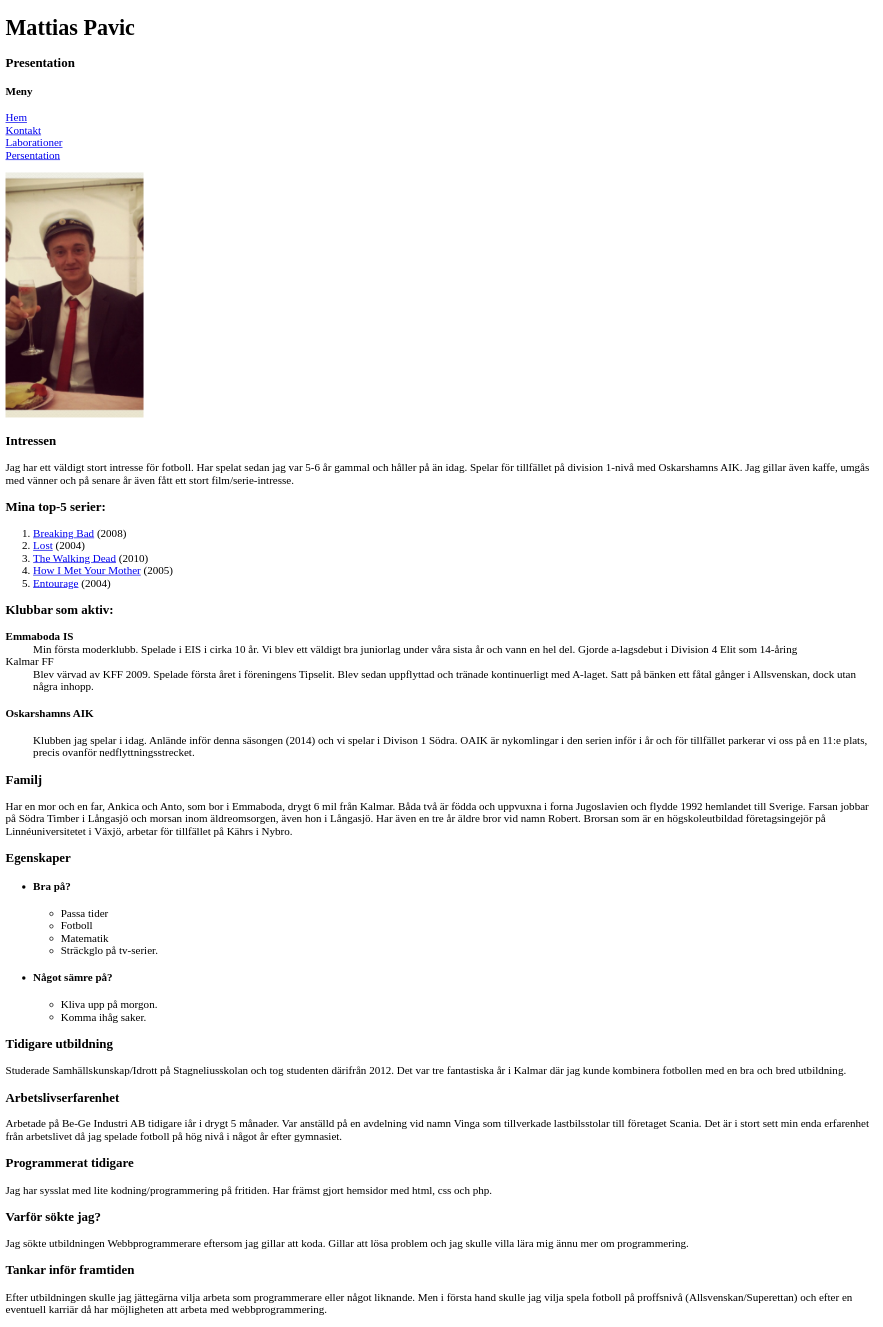
Repository: mp222sf/1ik415-laborationer
Page: pages/presentation.html
The author's editor kept a record of every edit. The page is drawn from the files as they stood at one moment, then again after the next edit.
The browser window is 1280 px wide. The pictures show the whole page, at 69% of full size.

Above is the page before.

After the next edit:
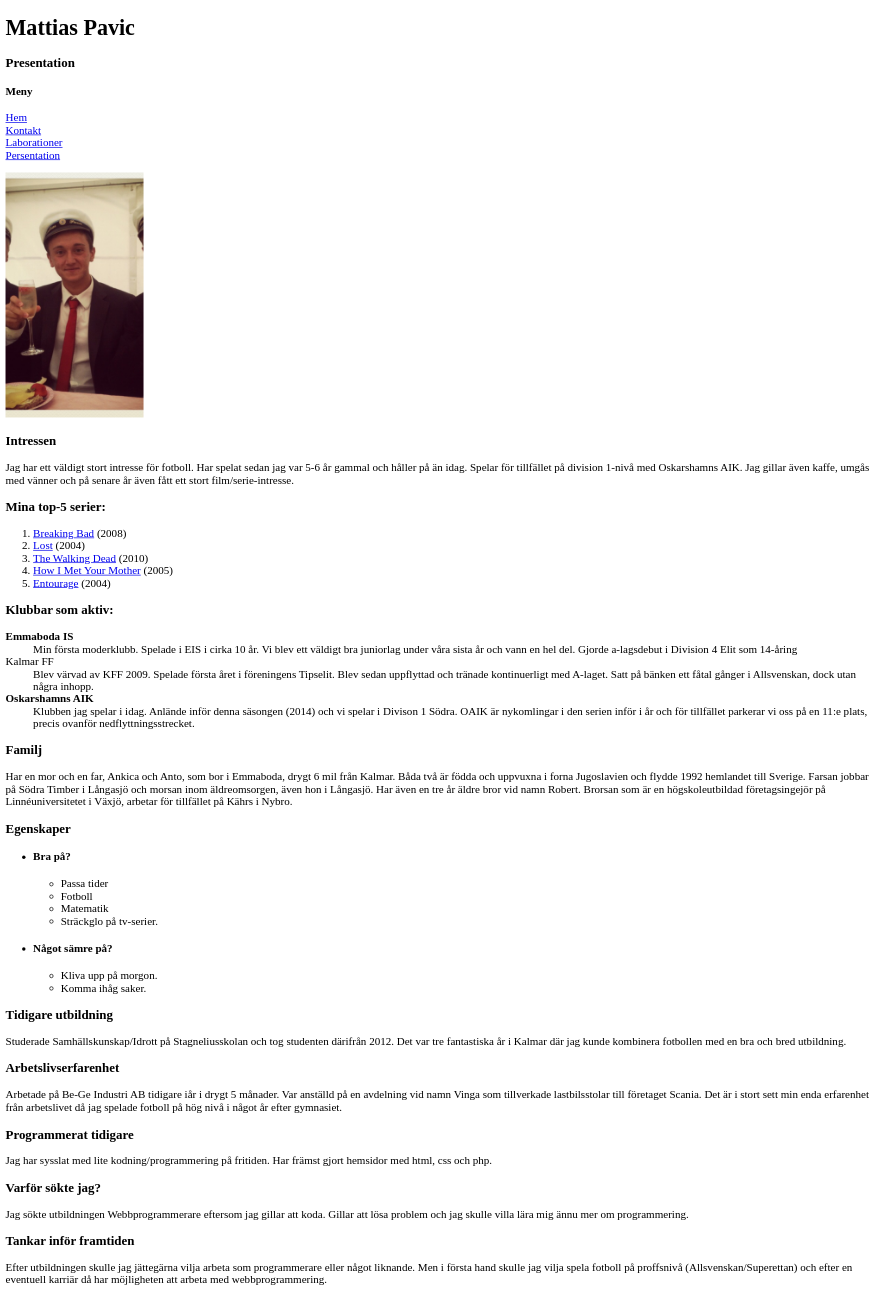
The edit:
--- a/pages/presentation.html
+++ b/pages/presentation.html
@@ -39,7 +39,7 @@
                         <dd>Min första moderklubb. Spelade i EIS i cirka 10 år. Vi blev ett väldigt bra juniorlag under våra sista år och vann en hel del. Gjorde a-lagsdebut i Division 4 Elit som 14-åring</dd>
                     <dt><strong></strong>Kalmar FF</h4></dt>
                         <dd>Blev värvad av KFF 2009. Spelade första året i föreningens Tipselit. Blev sedan uppflyttad och tränade kontinuerligt med A-laget. Satt på bänken ett fåtal gånger i Allsvenskan, dock utan några inhopp.</dd>
-                    <dt><h4>Oskarshamns AIK</h4></dt>
+                    <dt><strong>Oskarshamns AIK</strong></dt>
                         <dd>Klubben jag spelar i idag. Anlände inför denna säsongen (2014) och vi spelar i Divison 1 Södra. OAIK är nykomlingar i den serien inför i år och för tillfället parkerar vi oss på en 11:e plats, precis ovanför nedflyttningsstrecket.</dd>
                 </dl>
 
